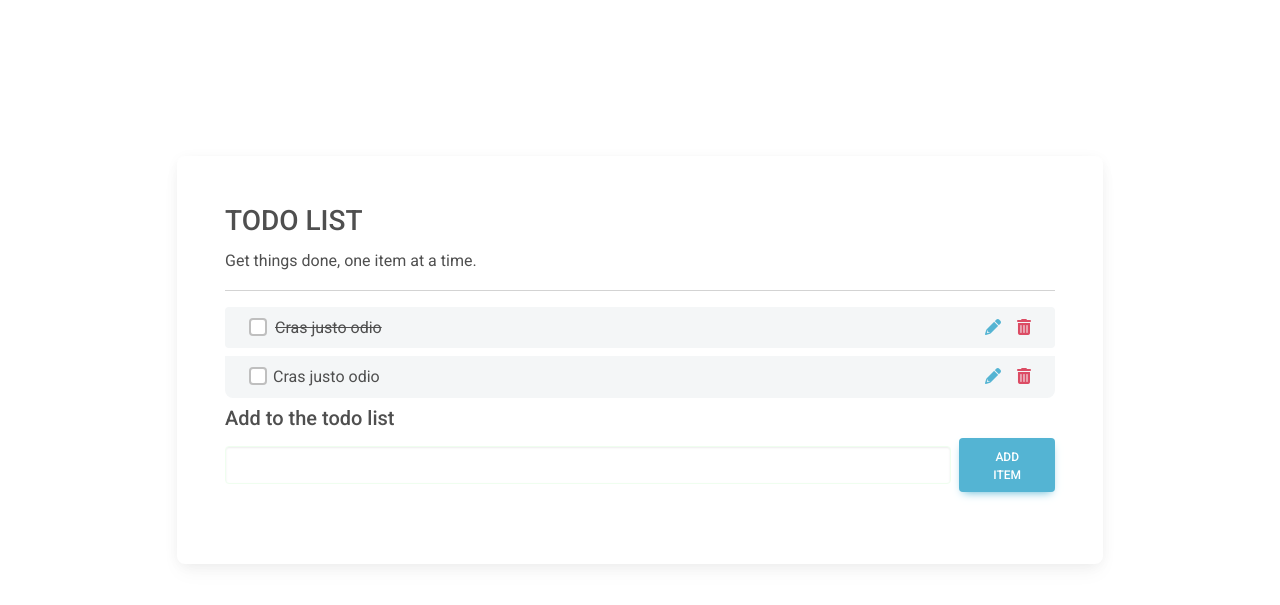
Repository: TinhTT336/MD02_HACKATHON01_HN_JV230620_BS_TranThiTinh_Basic
Page: /
These files come from the project's save history. The page is drawn as it stood at one moment and after the next save; the edit follows.
The browser window is 1280 px wide. The pictures show the whole page.
Some web libraries are served in a nearby version. The project was rebuilt for these pictures with package versions that can differ from the ones it lists, and the page was loaded fresh each time. Also part of the build but not shown: vite.config.js, src/App.css, src/index.css.

Above is the page before, as saved 2023-09-05 10:26:06.

### index.html
<!DOCTYPE html>
<html lang="en">
  <head>
    <meta charset="UTF-8" />
    <link rel="icon" type="image/svg+xml" href="/vite.svg" />
    <meta name="viewport" content="width=device-width, initial-scale=1.0" />
    <title>Vite + React</title>
    <link
      href="https://cdnjs.cloudflare.com/ajax/libs/font-awesome/6.0.0/css/all.min.css"
      rel="stylesheet"
    />
    <link
      href="https://fonts.googleapis.com/css?family=Roboto:300,400,500,700&display=swap"
      rel="stylesheet"
    />
    <link
      href="https://cdnjs.cloudflare.com/ajax/libs/mdb-ui-kit/6.2.0/mdb.min.css"
      rel="stylesheet"
    />
  </head>
  <body>
    <div id="root"></div>
    <script type="module" src="/src/main.jsx"></script>
  </body>
</html>

### src/App.jsx
import { useState } from 'react'
import './App.css'
import TodoList from './TodoList/todoList'

function App() {
  const [count, setCount] = useState(0)

  return (
    <>
      <TodoList />
    </>
  )
}

export default App

### src/TodoList/todoList.jsx
import React from 'react'

export default function TodoList() {
    return (
        <div>
            <section className="vh-100 gradient-custom">
                <div className="container py-5 h-100">
                    <div
                        className="row d-flex justify-content-center align-items-center
              h-100"
                    >
                        <div className="col col-xl-10">
                            <div className="card">
                                <div className="card-body p-5">
                                    <h3 style={{ marginBottom: 10 }}>
                                        TODO LIST
                                    </h3>
                                    <p>Get things done, one item at a time.</p>
                                    <hr></hr>


                                    {/* Tabs content */}
                                    <div className="tab-content">
                                        <div className="tab-pane fade show active">
                                            <ul className="list-group mb-0">
                                                <li
                                                    className="list-group-item d-flex
                                          align-items-center border-0 mb-2
                                          rounded justify-content-between"
                                                    style={{ backgroundColor: "#f4f6f7" }}
                                                >
                                                    <div>
                                                        <input
                                                            className="form-check-input
                                                  me-2"
                                                            type="checkbox"
                                                            defaultChecked=""
                                                        />
                                                        <s>Cras justo odio</s>
                                                    </div>
                                                    <div>
                                                        <a href="#!" className="text-info" title="Sửa công việc">
                                                            <i
                                                                className="fas
                                                      fa-pencil-alt
                                                      me-3"
                                                            />
                                                        </a>
                                                        <a
                                                            href="#!"
                                                            className="text-danger"
                                                            title="Xóa công việc"
                                                        >
                                                            <i
                                                                className="fas
                                                      fa-trash-alt"
                                                            />
                                                        </a>
                                                    </div>
                                                </li>
                                                <li
                                                    className="list-group-item d-flex
                                          align-items-center border-0 mb-2
                                          justify-content-between"
                                                    style={{ backgroundColor: "#f4f6f7" }}
                                                >
                                                    <div>
                                                        <input className="form-check-input" type="checkbox" />
                                                        Cras justo odio
                                                    </div>
                                                    <div>
                                                        <a href="#!" className="text-info" title="Sửa công việc">
                                                            <i
                                                                className="fas
                                                      fa-pencil-alt
                                                      me-3"
                                                            />
                                                        </a>
                                                        <a
                                                            href="#!"
                                                            className="text-danger"
                                                            title="Xóa công việc"
                                                        >
                                                            <i
                                                                className="fas
                                                      fa-trash-alt"
                                                            />
                                                        </a>
                                                    </div>
                                                </li>
                                            </ul>
                                            <div className="tab-content">
                                                <h5>Add to the todo list</h5>
                                                <form
                                                    className="d-flex justify-content-center
                              align-items-center mb-4"
                                                >
                                                    <div className="form-outline flex-fill">
                                                        <input type="text" id="form2" className="form-control" style={{ border: "1px solid #effeef" }} />
                                                        {/* <label className="form-label" htmlFor="form2">
                                                            ADD ITEM
                                                        </label> */}
                                                    </div>
                                                    <button
                                                        type="submit"
                                                        className="btn btn-info
                                  ms-2"
                                                    >
                                                        ADD ITEM
                                                    </button>
                                                </form>
                                            </div>
                                        </div>
                                    </div>
                                    {/* Tabs content */}
                                </div>
                            </div>
                        </div>
                    </div>
                </div>
            </section >

        </div >
    )
}

Loaded but not shown: src/main.jsx (common file)

After the next save:
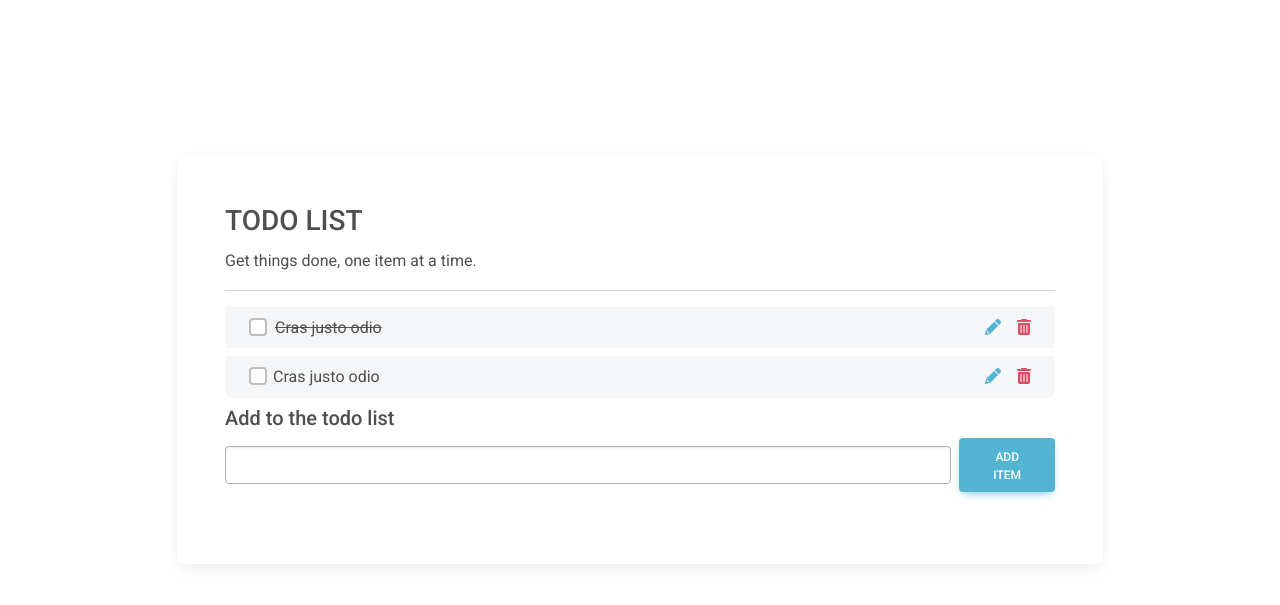
Saved 12 s later.
--- a/src/TodoList/todoList.jsx
+++ b/src/TodoList/todoList.jsx
@@ -96,7 +96,7 @@ export default function TodoList() {
                               align-items-center mb-4"
                                                 >
                                                     <div className="form-outline flex-fill">
-                                                        <input type="text" id="form2" className="form-control" style={{ border: "1px solid #effeef" }} />
+                                                        <input type="text" id="form2" className="form-control" style={{ border: "1px solid #afafaf" }} />
                                                         {/* <label className="form-label" htmlFor="form2">
                                                             ADD ITEM
                                                         </label> */}
